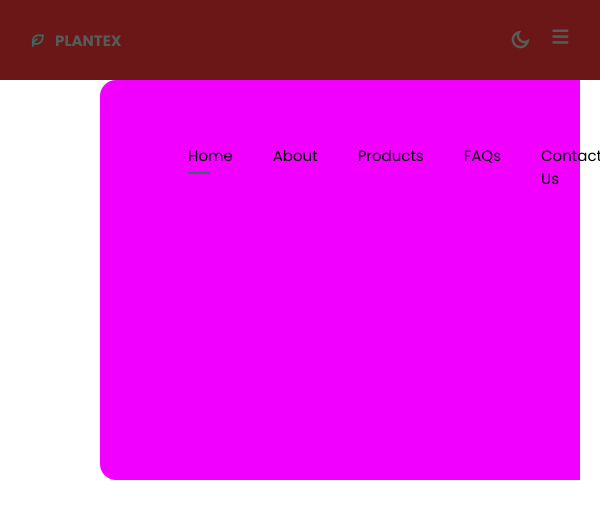
Repository: OmniaRafat232111121/plantwebsite
Page: index.html
An editor plug-in stored every save of this project. The page is shown before and after a run of saves, followed by the edit.
The browser window is 600 px wide. The pictures show the whole page.
After loading, the first visible `#navToggle` was clicked once.

Above is the page before, as saved 2023-01-04 15:43:41.

After the next 4 saves:
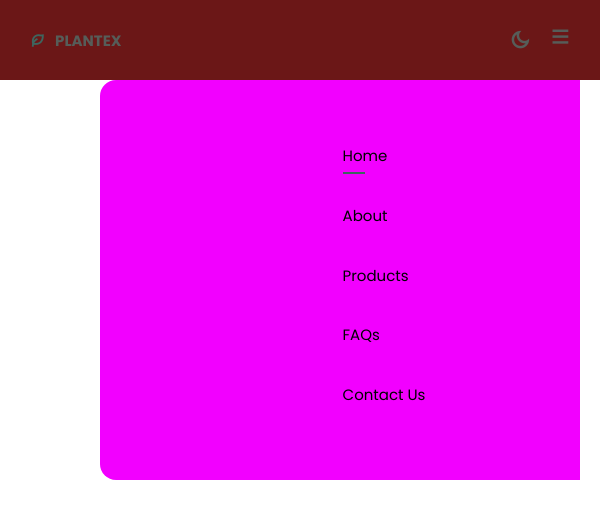
The 4 saves are shown as one change because they came seconds apart.
The last was saved 18 s later.
--- a/assets/css/styles.css
+++ b/assets/css/styles.css
@@ -230,7 +230,8 @@ display: none;
     transition: .3s;
     z-index: 1000;
         padding: 4rem 0 0 3rem;
-    display:flex;
+    display:grid;
+    justify-content: center;
 
 
 
